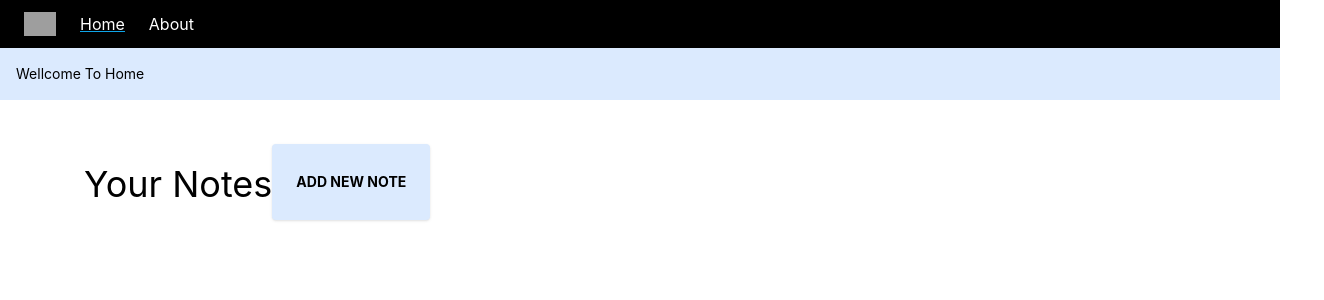
Repository: sonawaneteju4/iNote
Page: /
The author's editor kept a copy of each file at every save. The page is drawn from the files as they stood at one save, then again after the next save.
The browser window is 1280 px wide. The page is 1324 px wide, so the pictures cover 1324 px, including what lies to the right of the window. The pictures show the whole page.
Pictures or frames that could not be fetched are drawn as grey boxes. The page's requests for data from a server got no answer. Some web libraries are served in a nearby version. The project was rebuilt for these pictures with package versions that can differ from the ones it lists, and the page was loaded fresh each time. No one was signed in, and anything a server would have sent is missing. Also part of the build but not shown: src/App.css, src/components/NoteModal.js, src/components/NoteCard.js, src/components/About.js.

Above is the page before, as saved 2022-10-12 00:37:13.

After the next save:
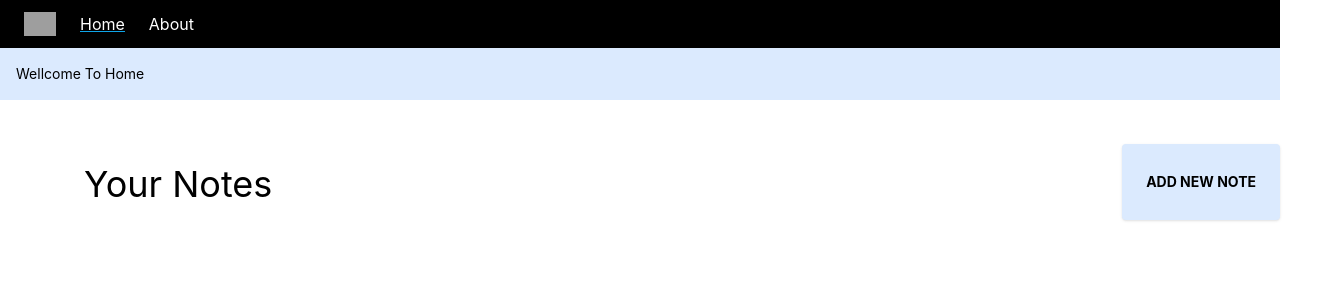
Saved 4 s later.
--- a/src/components/AllNotes.js
+++ b/src/components/AllNotes.js
@@ -22,7 +22,7 @@ const Notes = () => {
 
   return (
     <div>
-      <div className="flex ">
+      <div className="flex flex-row justify-between">
         <h1 className="py-5 text-4xl">Your Notes</h1>
           <button
             className="bg-blue-100  text-black active:bg-pink-600 font-bold uppercase text-sm px-6 py-3 rounded shadow hover:shadow-lg outline-none focus:outline-none mr-1 mb-1 ease-linear transition-all duration-150"
